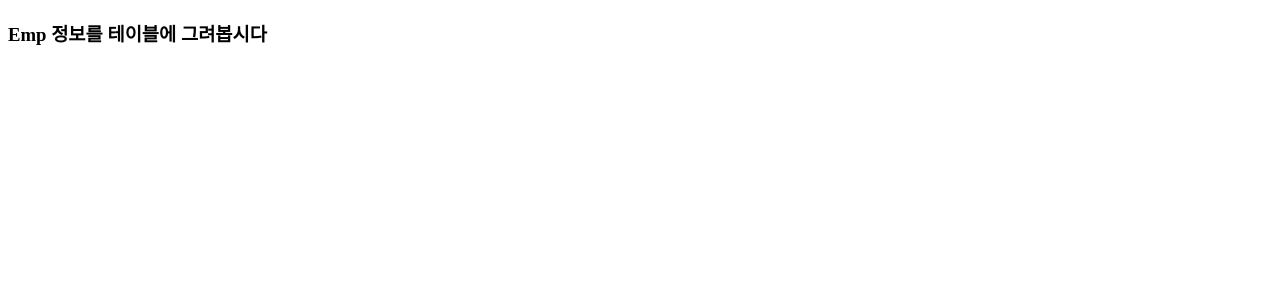
Repository: YeonHaw/jsp
Page: JSPBasic/src/main/webapp/HTML/Quiz01.html
An editor plug-in stored every save of this project. The page is shown before and after the next save, followed by the edit.
The browser window is 1280 px wide. The pictures show the whole page.

Above is the page before, as saved 2023-12-27 05:12:37.

After the next save:
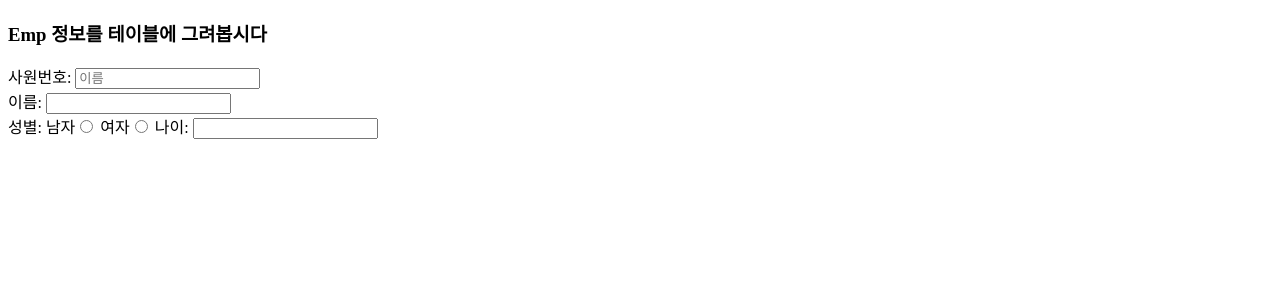
Saved 3 min 23 s later.
--- a/JSPBasic/src/main/webapp/HTML/Quiz01.html
+++ b/JSPBasic/src/main/webapp/HTML/Quiz01.html
@@ -8,5 +8,14 @@
 
 <h3>Emp 정보를 테이블에 그려봅시다</h3>
 
+<form>
+	사원번호: <input type="number" name="ID" size="15" maxlength="5" placeholder="이름"><br>
+	이름: <input type="text" name="name"><br>
+	성별:
+	남자<input type="radio"name="bl">
+	여자<input type="radio"name="bl">
+	나이: <input type="number" name="age"><br>
+</form>
+
 </body>
 </html>
